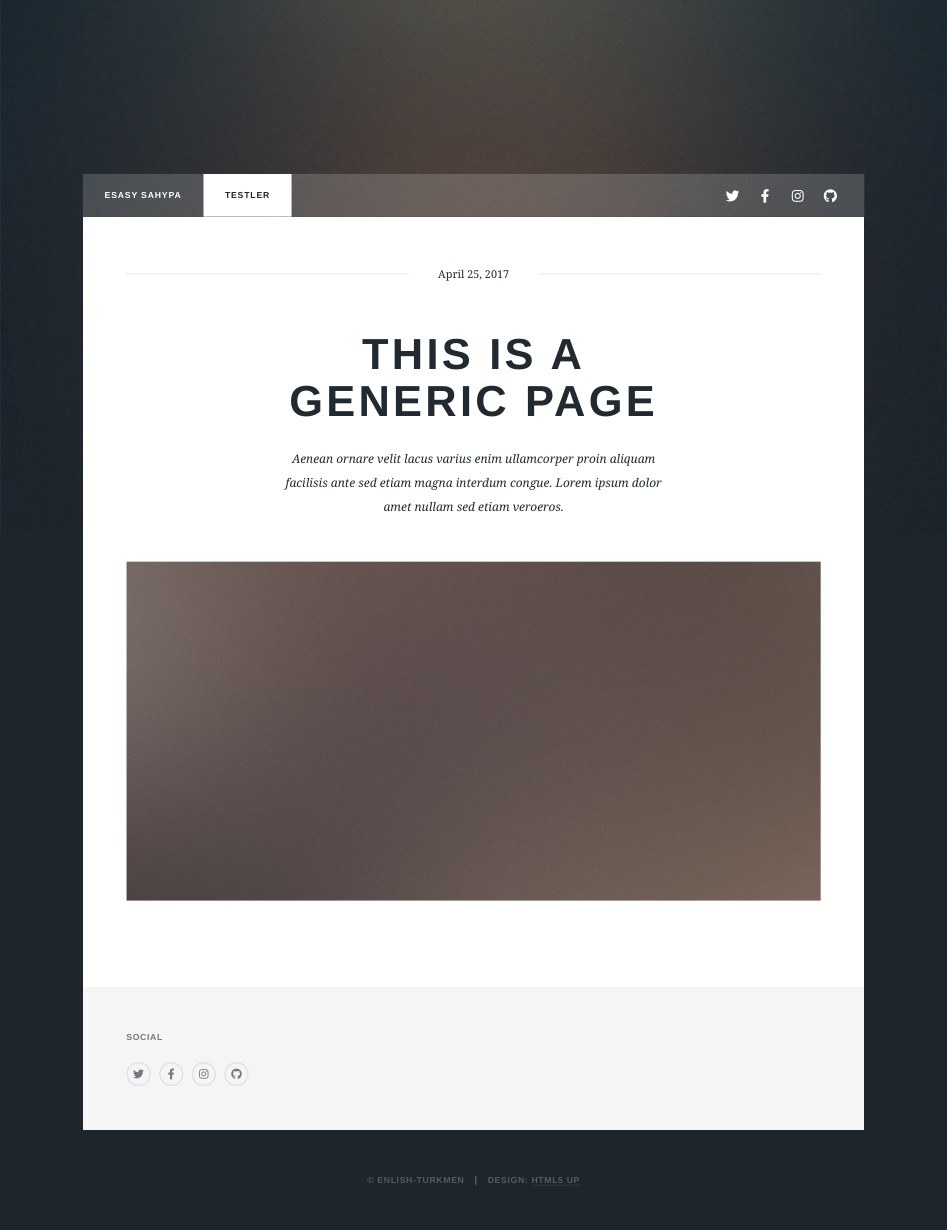
Repository: Sahet-dev/English-grammar-app
Page: generic.html
These files come from the project's save history. The page is drawn as it stood at one moment and after the next save; the edit follows.
The browser window is 1280 px wide. The pictures show the whole page, at 74% of full size.
Some web fonts or font styles are not loaded; a fallback is used.

Above is the page before, as saved 2022-06-27 05:15:40.

After the next save:
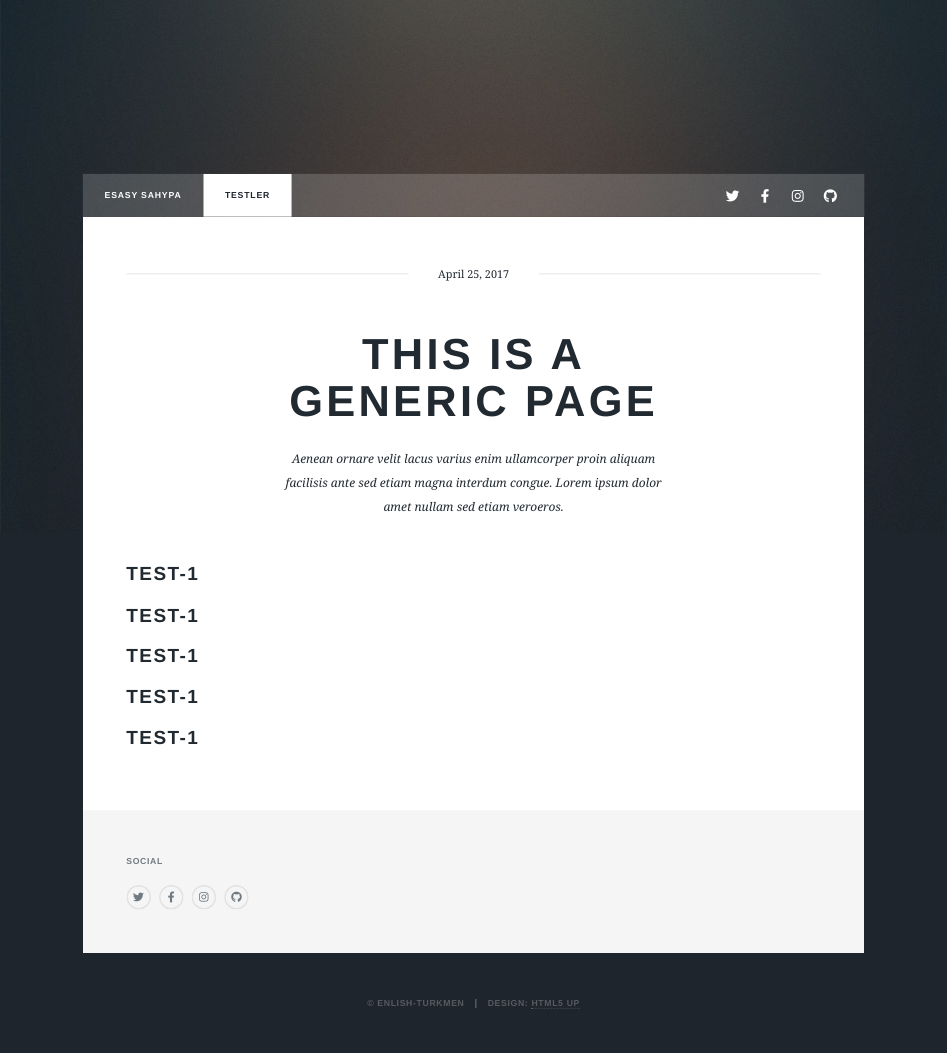
Saved 54 s later.
--- a/generic.html
+++ b/generic.html
@@ -50,10 +50,12 @@
 									facilisis ante sed etiam magna interdum congue. Lorem ipsum dolor<br />
 									amet nullam sed etiam veroeros.</p>
 								</header>
-								<div class="image main"><img src="images/pic01.jpg" alt="" /></div>
-								<p>
 
-								</p>
+								<h2>Test-1</h2>
+								<h2>Test-1</h2>
+								<h2>Test-1</h2>
+								<h2>Test-1</h2>
+								<h2>Test-1</h2>
 							</section>
 
 					</div>
